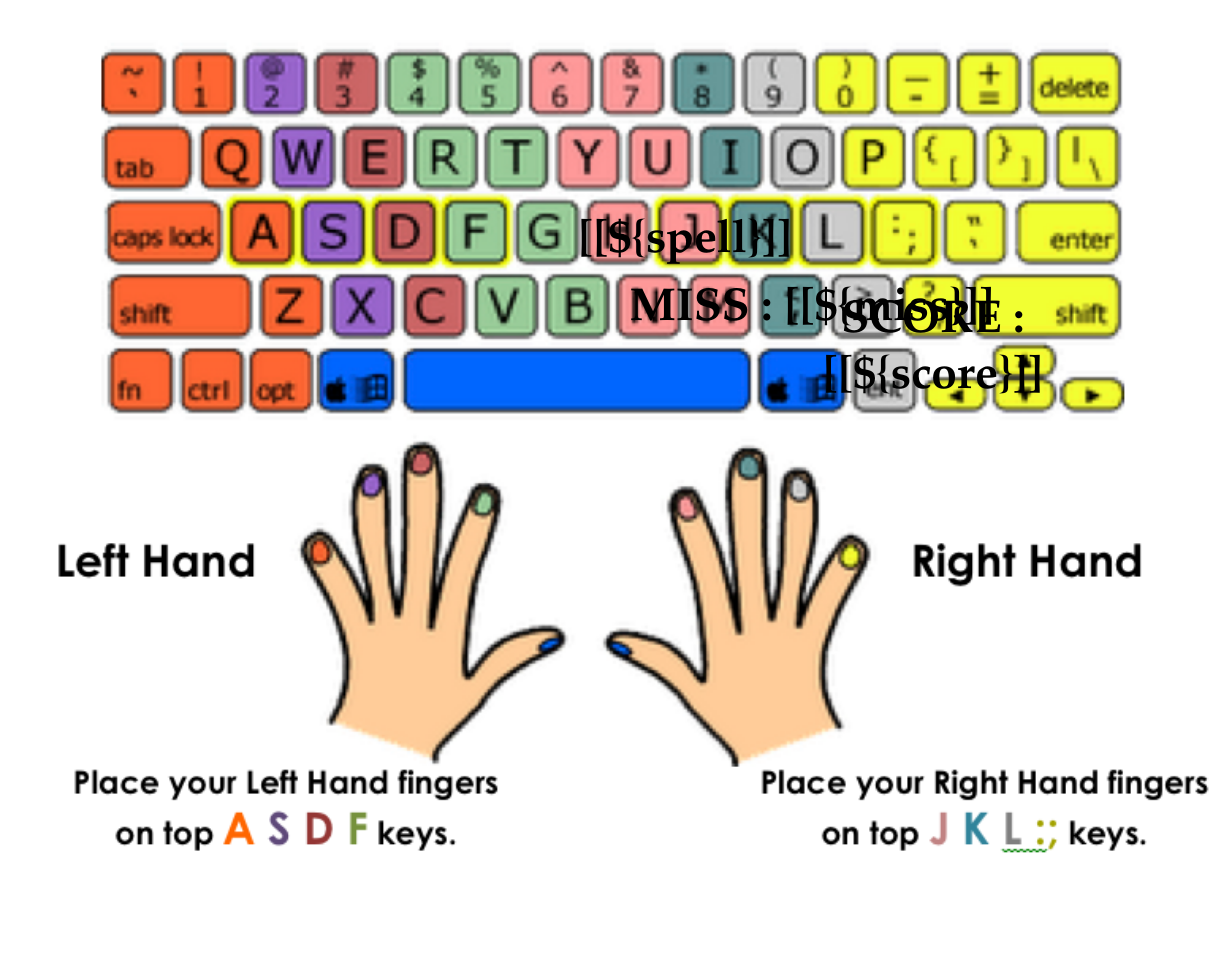
Repository: thaddeas01/typingskill
Page: src/main/resources/templates/single.html
An editor plug-in stored every save of this project. The page is shown before and after the next save, followed by the edit.
The browser window is 1280 px wide. The pictures show the whole page, at 96% of full size.

Above is the page before, as saved 2023-01-14 00:58:51.
Console error: SyntaxError: Unexpected token '{'

After the next save:
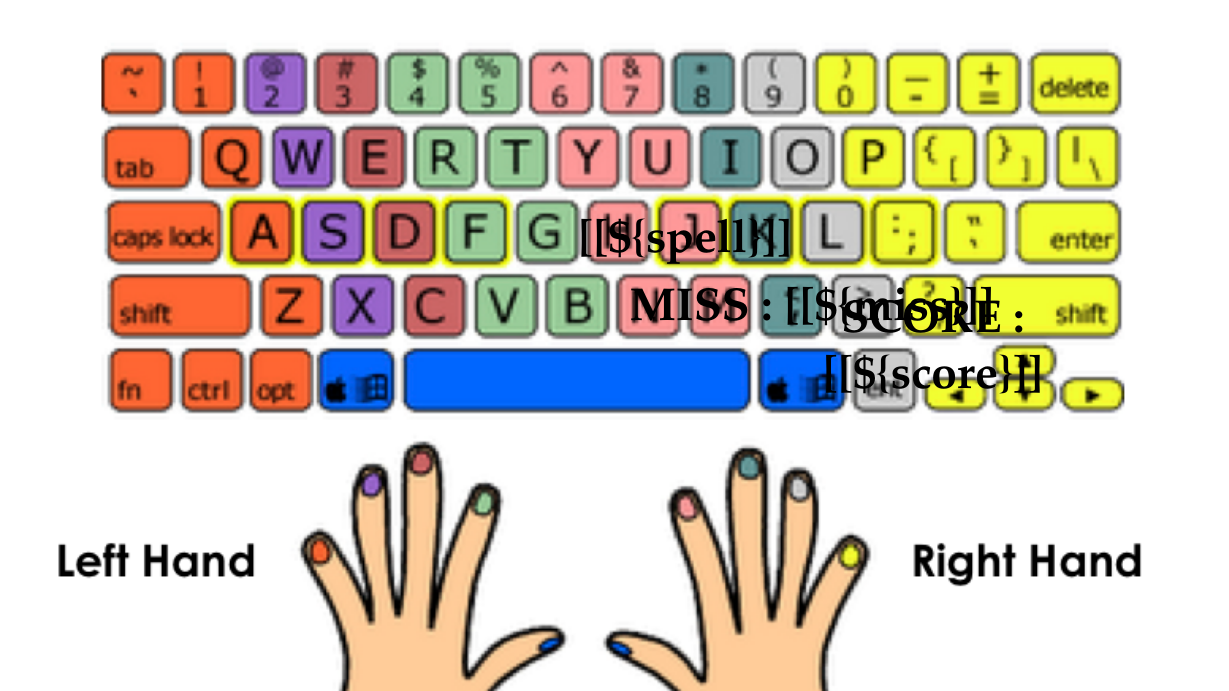
Saved 12 s later.
--- a/src/main/resources/templates/single.html
+++ b/src/main/resources/templates/single.html
@@ -57,8 +57,6 @@
       margin-top: 1rem;
     }
     .input{
-      width: 400px;
-      height: 400px;
       font-family: "garamond", serif;
       position: relative;
       text-align: center;

After the save that followed:
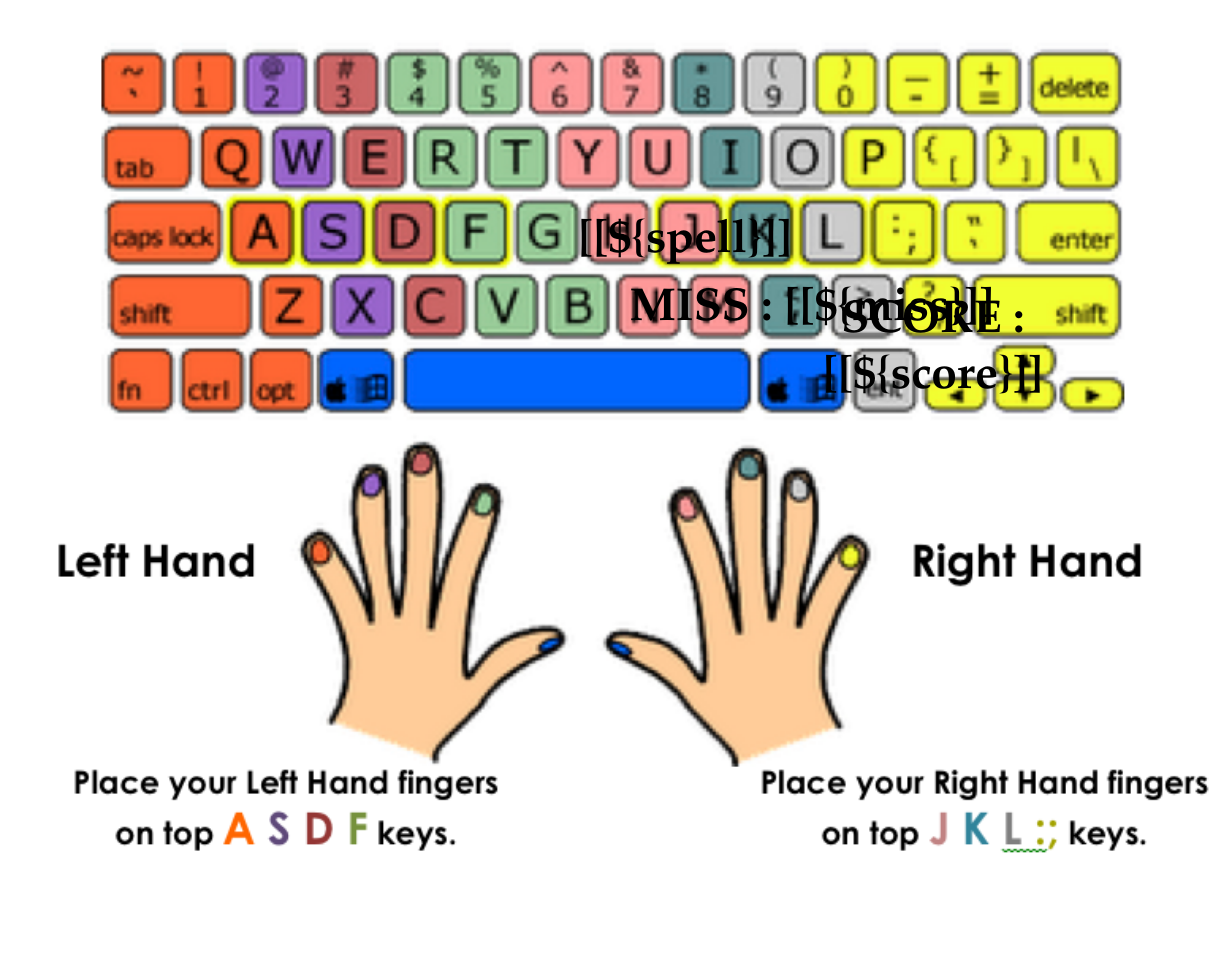
Saved 30 s later.
--- a/src/main/resources/templates/single.html
+++ b/src/main/resources/templates/single.html
@@ -9,7 +9,7 @@
   <p class="word2"><b> MISS : [[${miss}]] </b></p>
   <p class="word3"><b> SCORE : [[${score}]] </b></p>
   <form th:action="@{/hantei(prob=${spell},miss=${miss},score=${score})}" method="post" class="input">
-    <input type="text" name="answer" id="firstinput" width="50" height="50">
+    <input type="text" name="answer" id="firstinput" height="50">
   </form>
 </body>
 
@@ -57,6 +57,8 @@
       margin-top: 1rem;
     }
     .input{
+      width: 400px;
+      height: 400px;
       font-family: "garamond", serif;
       position: relative;
       text-align: center;
